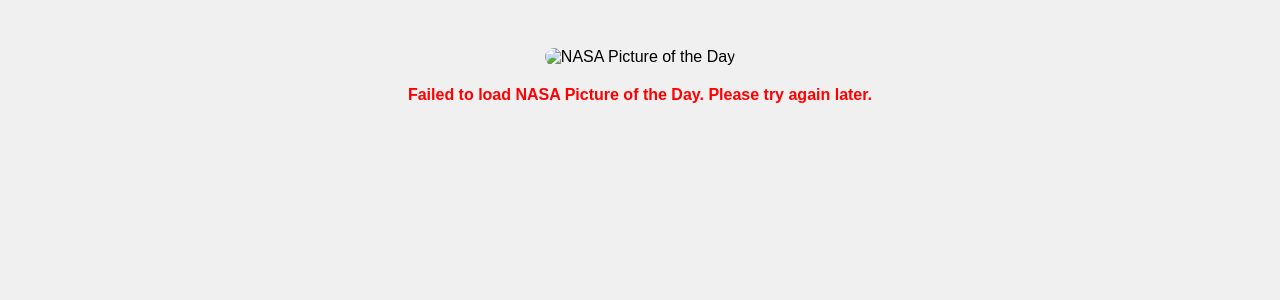
Repository: Larshalvorhansen/personalWebsite
Page: content/infoskjermV2/item-3_dagensNasaBilde.html
These files come from the project's save history. The page is drawn as it stood at one moment and after the next save; the edit follows.
The browser window is 1280 px wide. The pictures show the whole page.
The page's requests for data from a server got no answer.

Above is the page before, as saved 2025-02-17 16:21:28.

After the next save:
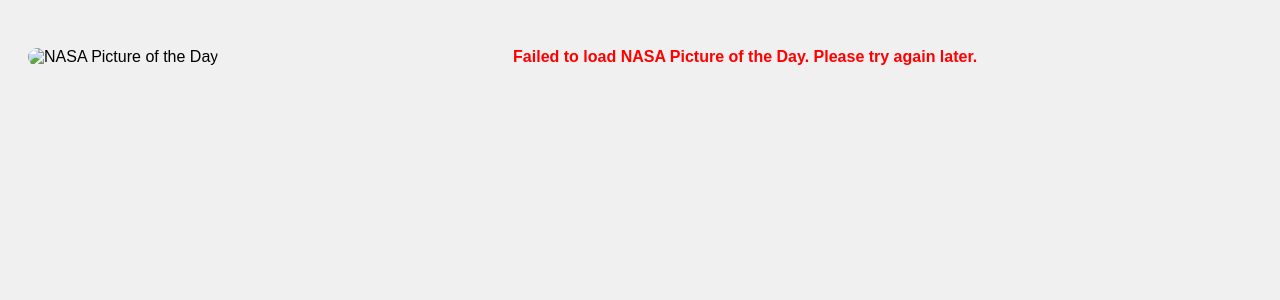
Saved 69 s later.
--- a/content/infoskjermV2/item-3_dagensNasaBilde.html
+++ b/content/infoskjermV2/item-3_dagensNasaBilde.html
@@ -64,12 +64,36 @@
         .error {
             color: red;
         }
+
+        #apod .apod-content {
+            display: flex;
+            align-items: flex-start;
+            /* Align to top */
+            gap: 20px;
+            /* Space between image and text */
+        }
+
+        #apod img {
+            max-width: 300px;
+            /* Or your preferred width */
+            height: auto;
+        }
+
+        #apod .text-content {
+            flex: 1;
+            /* Text takes up remaining space */
+        }
+
+        .error {
+            color: red;
+        }
     </style>
 </head>
 
 <body>
     <div id="apod">
-        <div class="apod-content"> <img id="nasa-image" src="" alt="NASA Picture of the Day">
+        <div class="apod-content">
+            <img id="nasa-image" src="" alt="NASA Picture of the Day">
             <div class="text-content">
                 <div id="title"></div>
                 <p id="description"></p>
